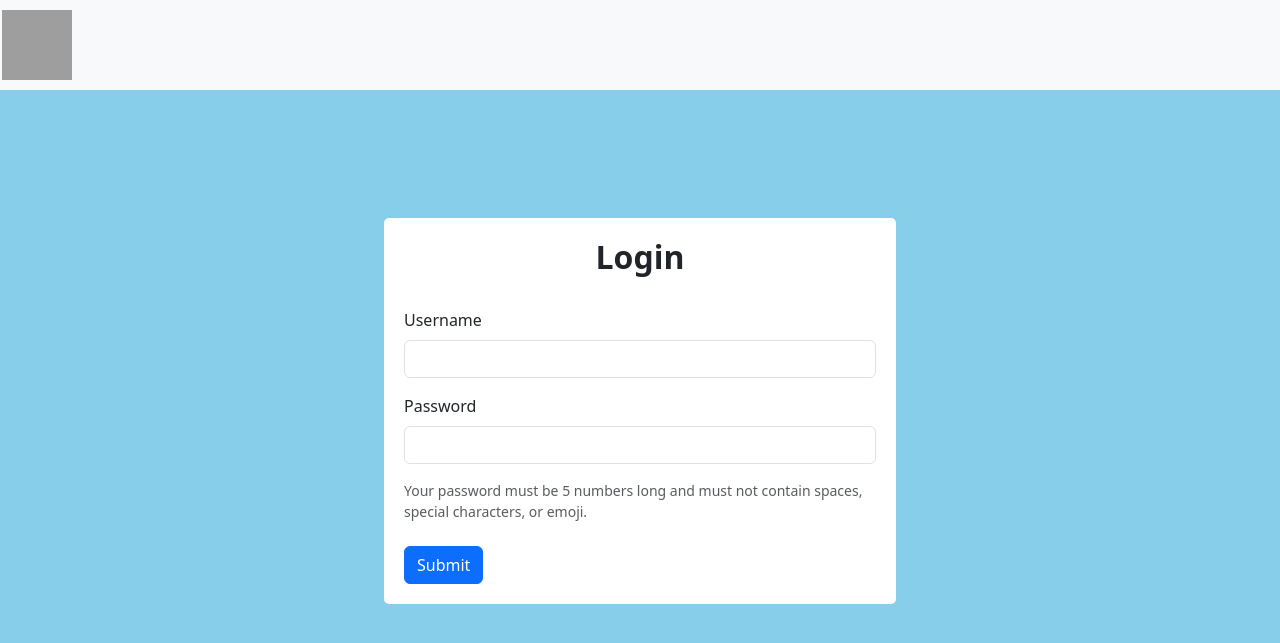
Repository: sarathraj2002/todo-list
Page: login.html
The author's editor kept a copy of each file at every save. The page is drawn from the files as they stood at one save, then again after the next save.
The browser window is 1280 px wide. The pictures show the whole page.
Pictures or frames that could not be fetched are drawn as grey boxes.

Above is the page before, as saved 2024-09-05 11:50:25.

### login.html
<!DOCTYPE html>
<html lang="en">
<head>
    <meta charset="UTF-8">
    <meta name="viewport" content="width=device-width, initial-scale=1.0">
    <title>login</title>
    <link rel="stylesheet" href="bootstrap.min.css">
    <link rel="stylesheet" href="style.css">
</head>
<body>

    <nav class="navbar navbar-expand-lg bg-body-tertiary">
        <div class="container-fluid">
            <img src="https://play-lh.googleusercontent.com/92xIZAW-mdwucFX1v8kyTXlLVgZfLczHv8XCVOH1tFc0M3cTRI4q9qJLUM96PqCrgWjc" height="70px" width="70px">
          <a class="navbar-brand" href="#"></a>
          <button class="navbar-toggler" type="button" data-bs-toggle="collapse" data-bs-target="#navbarNav" aria-controls="navbarNav" aria-expanded="false" aria-label="Toggle navigation">
            <span class="navbar-toggler-icon"></span>
          </button>

        </div>
      </nav>

    <form class="form">
        <h2 style="text-align: center;"><b>Login</b></h2>
        <br>
        <div class="mb-3">
          <label for="exampleInputUsername1" class="form-label">Username</label>
          <input type="test" class="form-control" id="username" >

        </div>
        <div class="mb-3 ">
          <label for="exampleInputPassword1" class="form-label">Password</label>
          <input type="password" class="form-control" id="password">
        </div>
        <div id="passwordHelpBlock" class="form-text">
            Your password must be 5 numbers long and must not contain spaces, special characters, or emoji.
          </div>
          <br>

        <button type="submit" class="btn btn-primary">Submit</button>
      </form>

    <script src="script.js"></script>
</body>
</html>

### style.css
body{
    background-color: skyblue;
    background-size: cover;
}
.container{
    height: 100px;
    padding-top: 10%;
border-color: black;
border: 1px;
}
.form{
    height: 100%;
    width: 40%;
    padding: 20px;
    border-color: black;
border: 1px;
    margin-left: 30%;
    border-radius: 5px;
    background-color: white;
    margin-top: 10%;


}
.container-fluid{
    width: 100%;
    padding: 2px;
}

Loaded but not shown: bootstrap.min.css (library); script.js (no stored copy; drawn as an empty file)

After the next save:
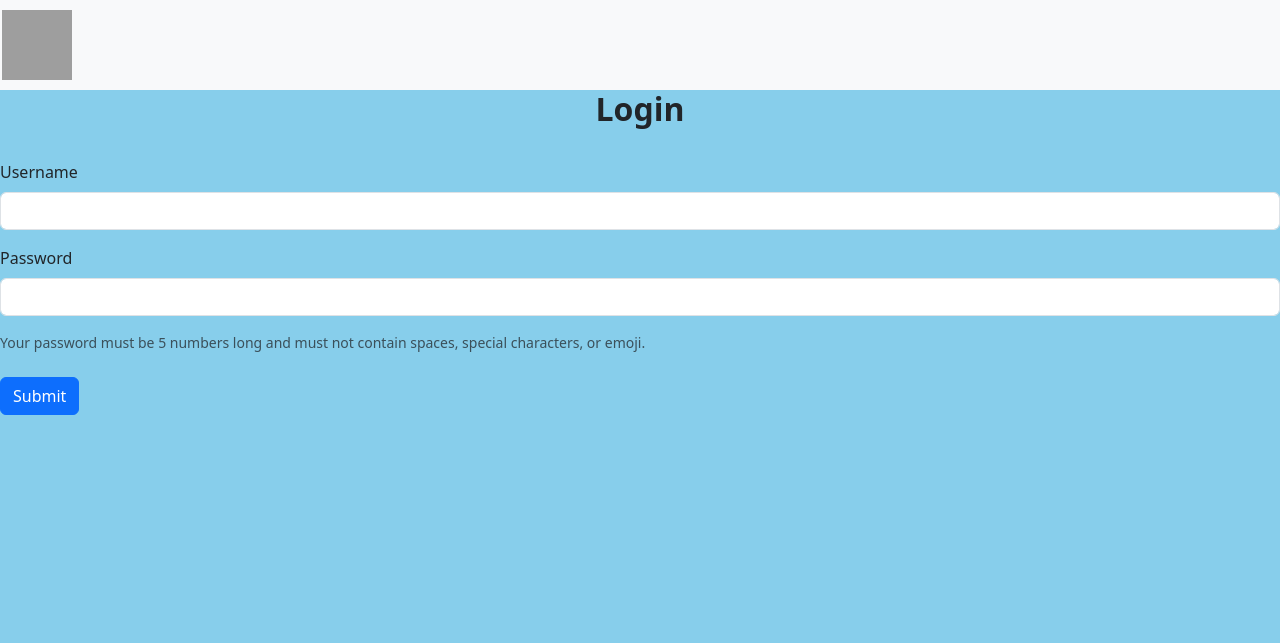
Saved 8 s later.
--- a/style.css
+++ b/style.css
@@ -2,11 +2,11 @@
     background-color: skyblue;
     background-size: cover;
 }
-.container{
+/* .container{
     height: 100px;
     padding-top: 10%;
 border-color: black;
-border: 1px;
+border: 1px; */
 }
 .form{
     height: 100%;

After the save that followed:
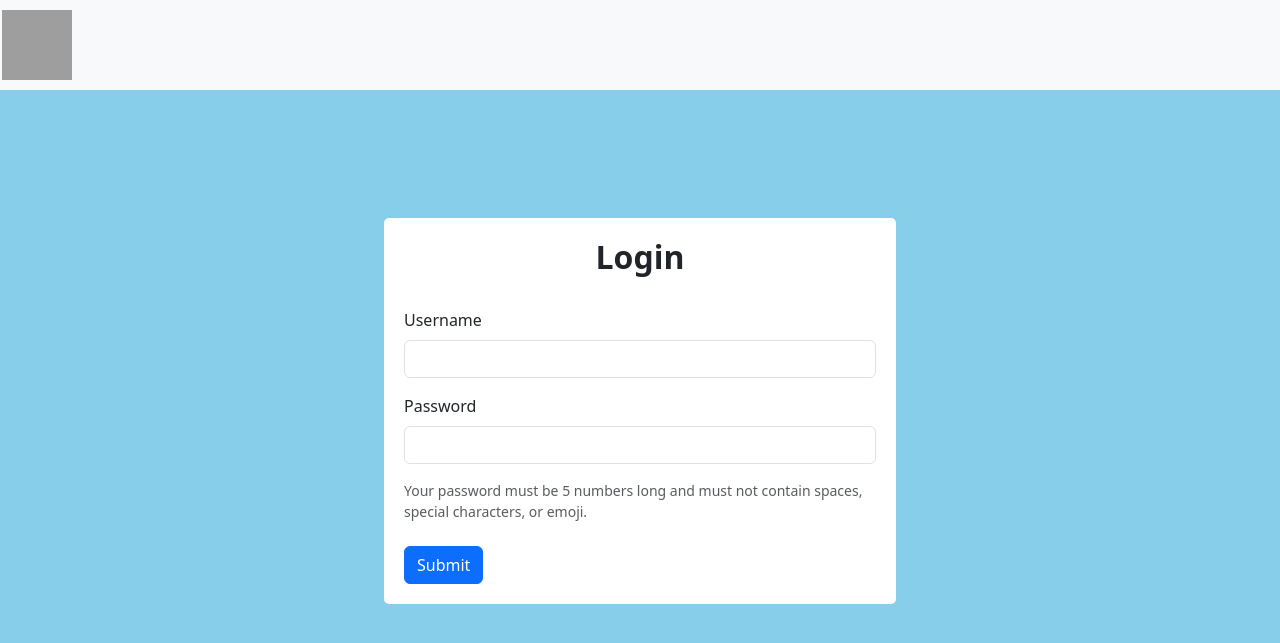
Saved 7 s later.
--- a/style.css
+++ b/style.css
@@ -7,7 +7,7 @@
     padding-top: 10%;
 border-color: black;
 border: 1px; */
-}
+
 .form{
     height: 100%;
     width: 40%;
